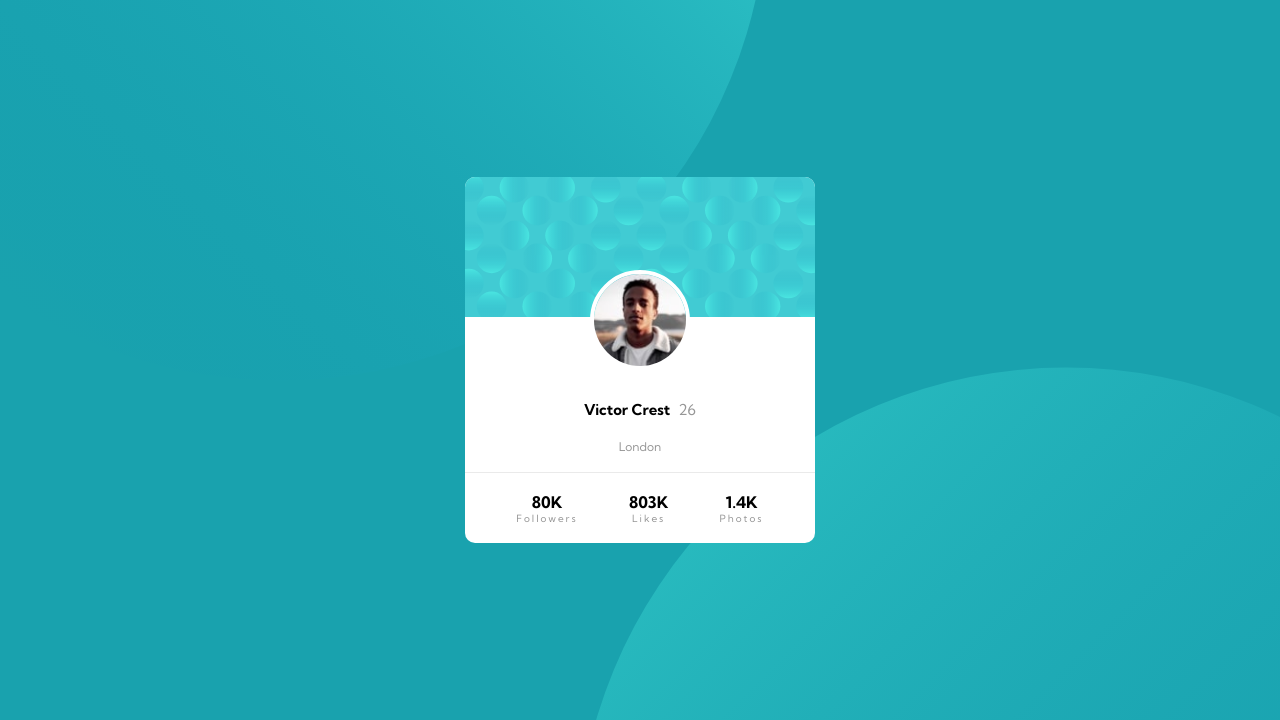
Repository: thaibaocoder1/profile-card-component-main
Page: index.html
An editor plug-in stored every save of this project. The page is shown before and after the next save, followed by the edit.
The browser window is 1280 px wide. The pictures show the whole page.

Above is the page before, as saved 2023-01-11 14:24:59.

After the next save:
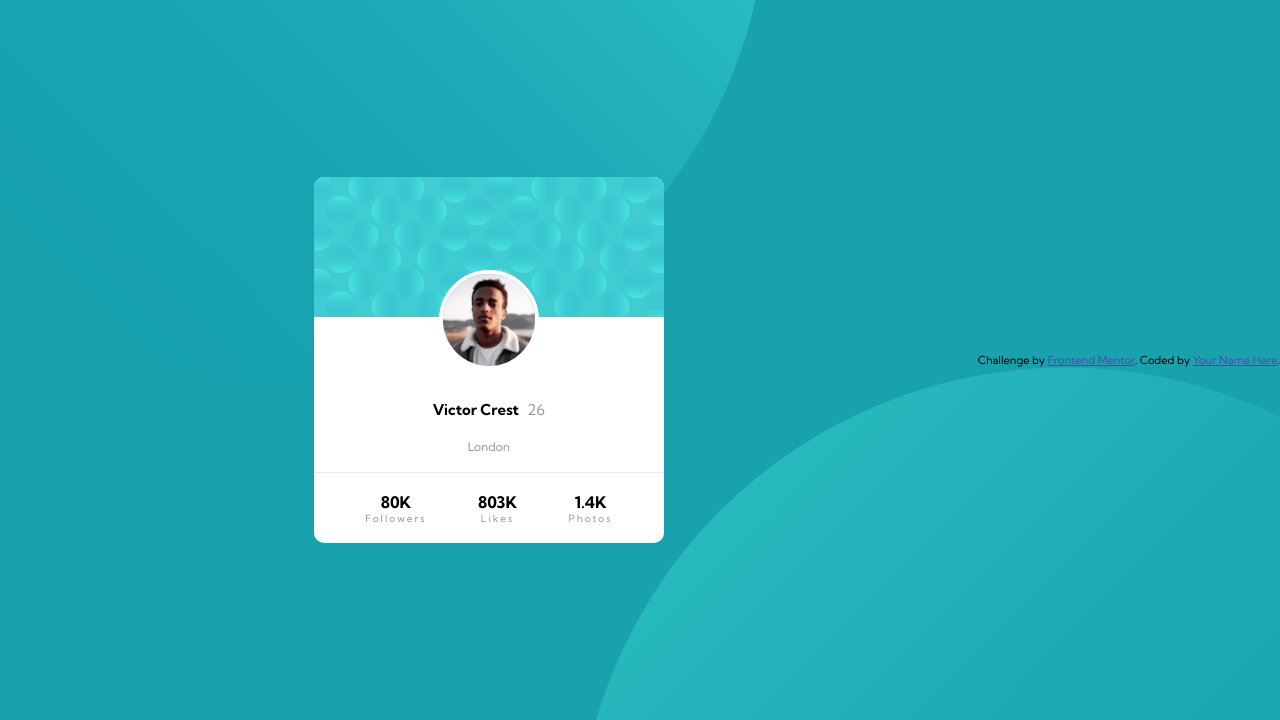
Saved 50 s later.
--- a/index.html
+++ b/index.html
@@ -40,9 +40,9 @@
       </section>
     </section>
   </main>
-  <!-- <div class="attribution">
+  <div class="attribution">
     Challenge by <a href="https://www.frontendmentor.io?ref=challenge" target="_blank">Frontend Mentor</a>.
     Coded by <a href="#">Your Name Here</a>.
-  </div> -->
+  </div>
 </body>
 </html>

After the save that followed:
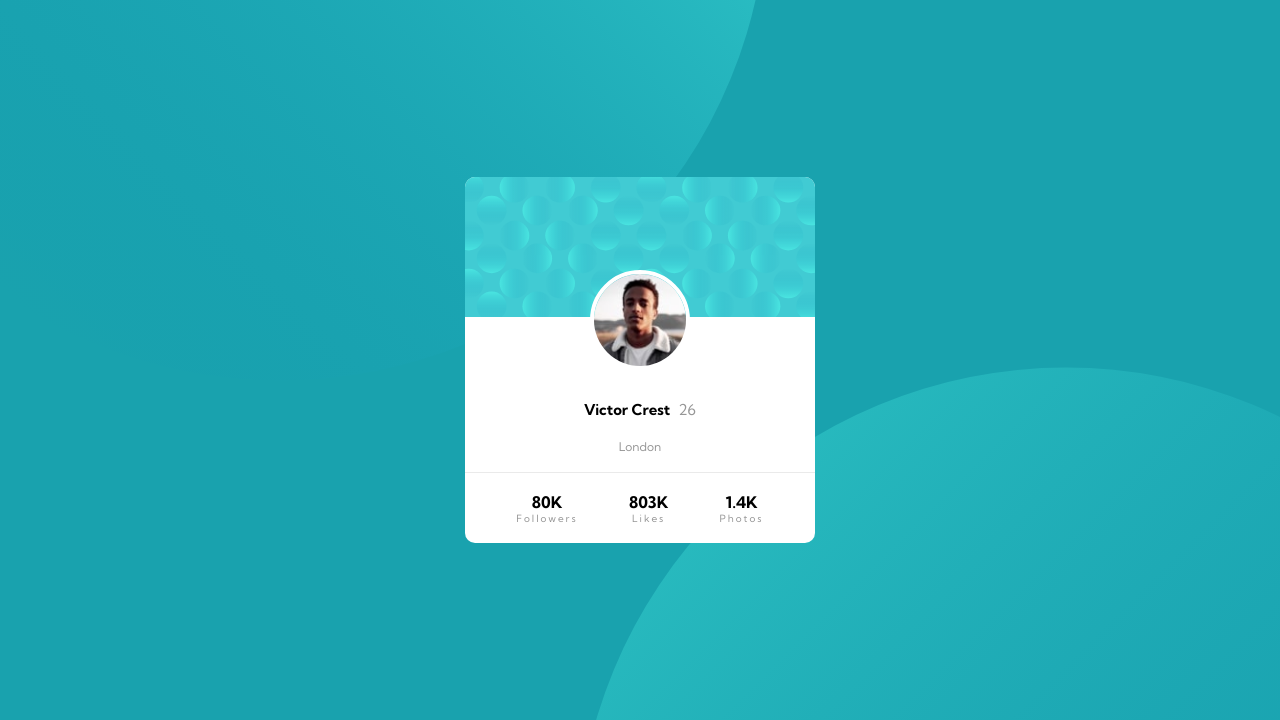
Saved 9 s later.
--- a/index.html
+++ b/index.html
@@ -40,9 +40,5 @@
       </section>
     </section>
   </main>
-  <div class="attribution">
-    Challenge by <a href="https://www.frontendmentor.io?ref=challenge" target="_blank">Frontend Mentor</a>.
-    Coded by <a href="#">Your Name Here</a>.
-  </div>
 </body>
 </html>
